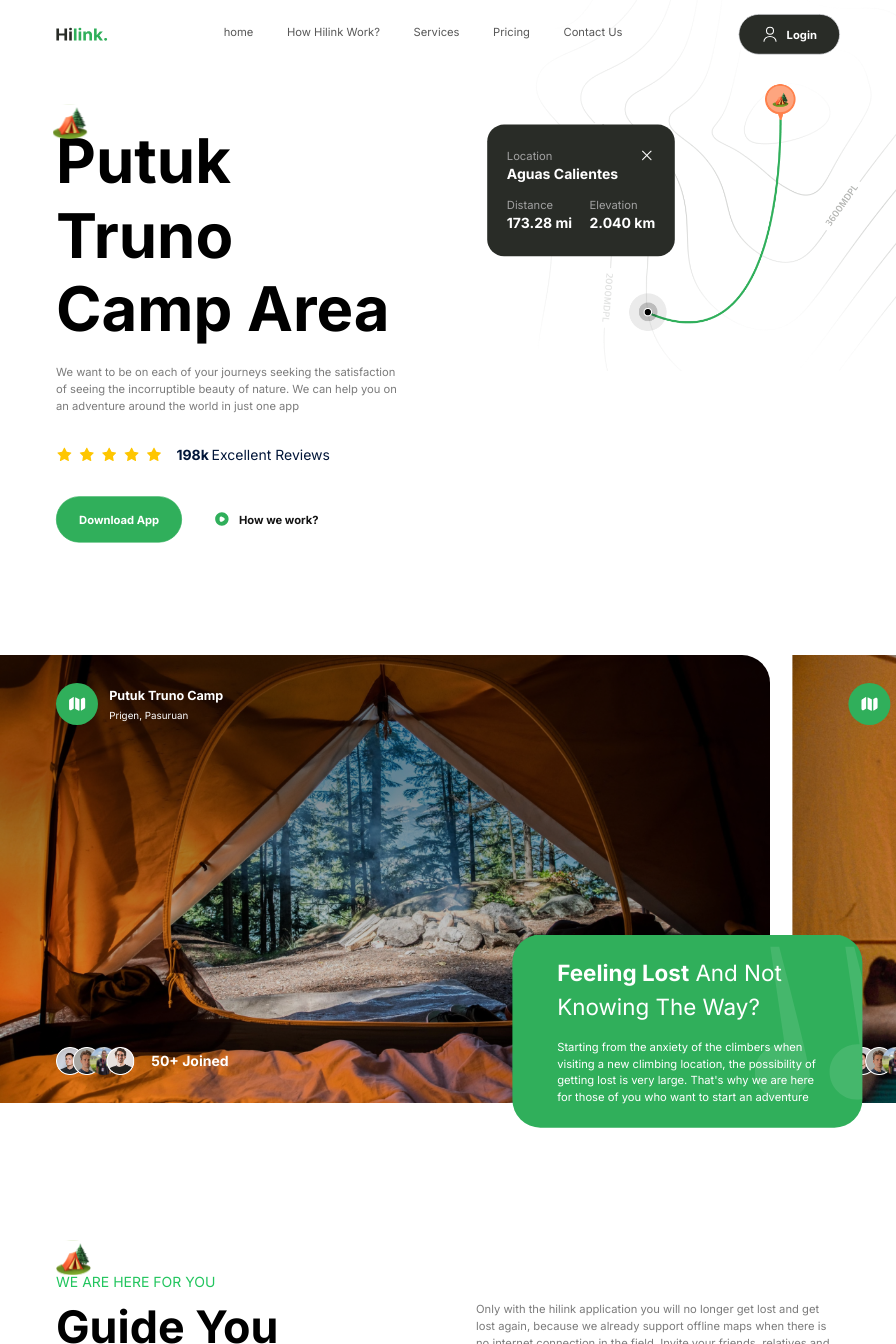
Repository: abdulrahmanmahmood/Travel-App
Page: /
An editor plug-in stored every save of this project. The page is shown before and after the next save, followed by the edit.
The browser window is 1280 px wide. The pictures show the part of the page from y = 0 to 1920 px (the page is 4955 px tall), at 70% of full size.
The project was rebuilt for these pictures with package versions that can differ from the ones it lists, and the page was loaded fresh each time. The framework's server and built-in components were replaced by stand-ins that run in the browser. Also part of the build but not shown: next.config.js.

Above is the page before, as saved 2023-11-10 11:04:48.

After the next save:
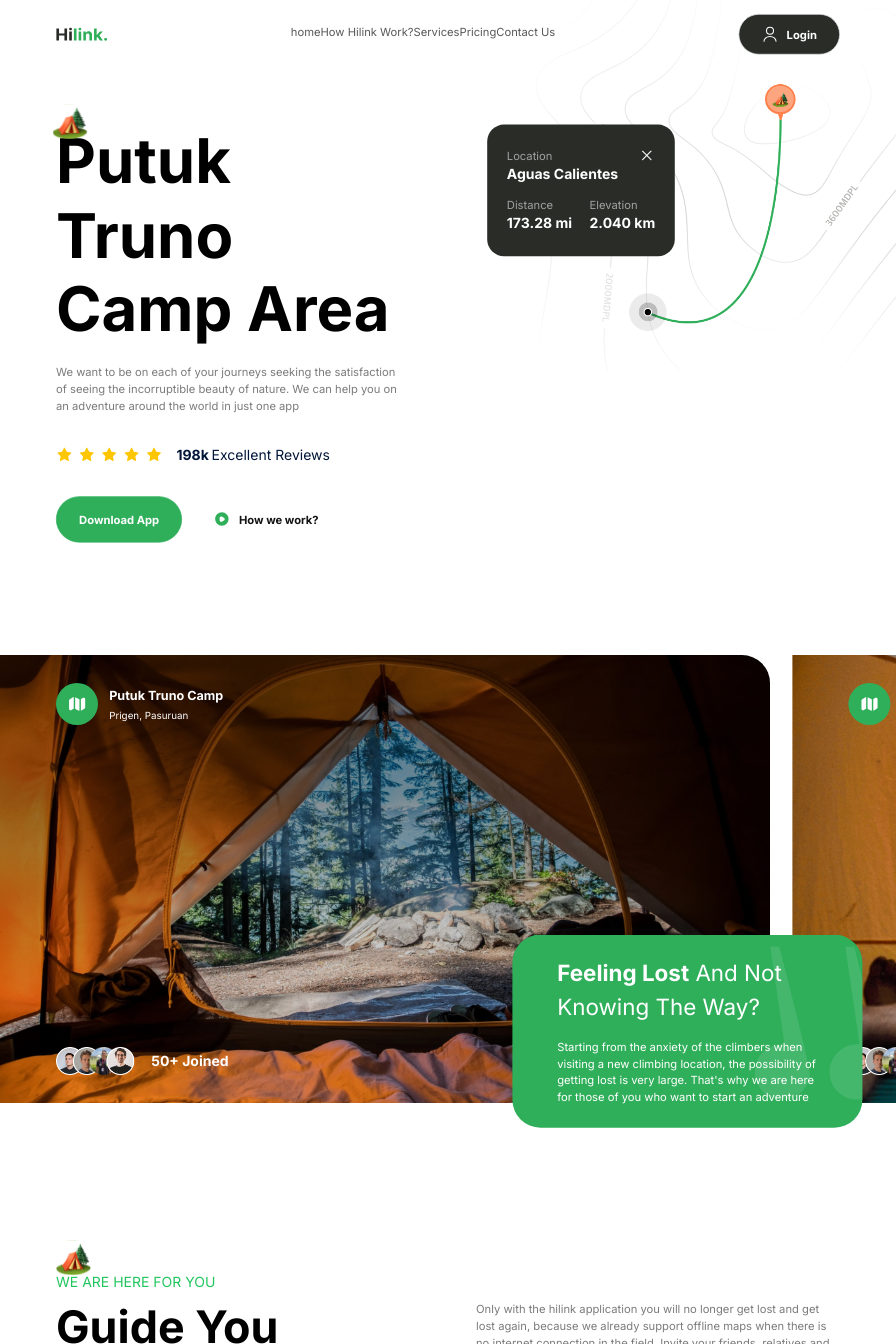
Saved 50 s later.
--- a/components/Navbar.tsx
+++ b/components/Navbar.tsx
@@ -2,16 +2,13 @@
 import Image from "next/image";
 import Link from "next/link";
 import Button from "./Button";
+import { useState } from "react";
 
-import { useState } from 'react';  // Import the useState hook
-
-// ... (your existing code)
-
-const YourComponent = () => {
-  const [isMenuVisible, setMenuVisibility] = useState(false); // State to track menu visibility
+const Navbar = () => {
+  const [isMenuOpen, setIsMenuOpen] = useState(false);
 
   const toggleMenu = () => {
-    setMenuVisibility(!isMenuVisible);
+    setIsMenuOpen(!isMenuOpen);
   };
 
   return (
@@ -19,7 +16,7 @@
       <Link href="/">
         <Image src="/hilink-logo.svg" alt="logo" width={74} height={28} />
       </Link>
-      <ul className={`h-full gap-12 lg:flex ${isMenuVisible ? 'block' : 'hidden'}`}>
+      <ul className={`lg:flex ${isMenuOpen ? 'flex flex-col absolute top-full left-0' : 'hidden'}`}>
         {NAV_LINKS.map((link) => (
           <Link
             href={link.href}
@@ -44,10 +41,10 @@
         width={32}
         height={32}
         className="inline-block cursor-pointer lg:hidden"
-        onClick={toggleMenu}  // Add an onClick event to toggle the menu visibility
+        onClick={toggleMenu}
       />
     </nav>
   );
 };
 
-export default YourComponent;
+export default Navbar;

After the 2 saves that followed:
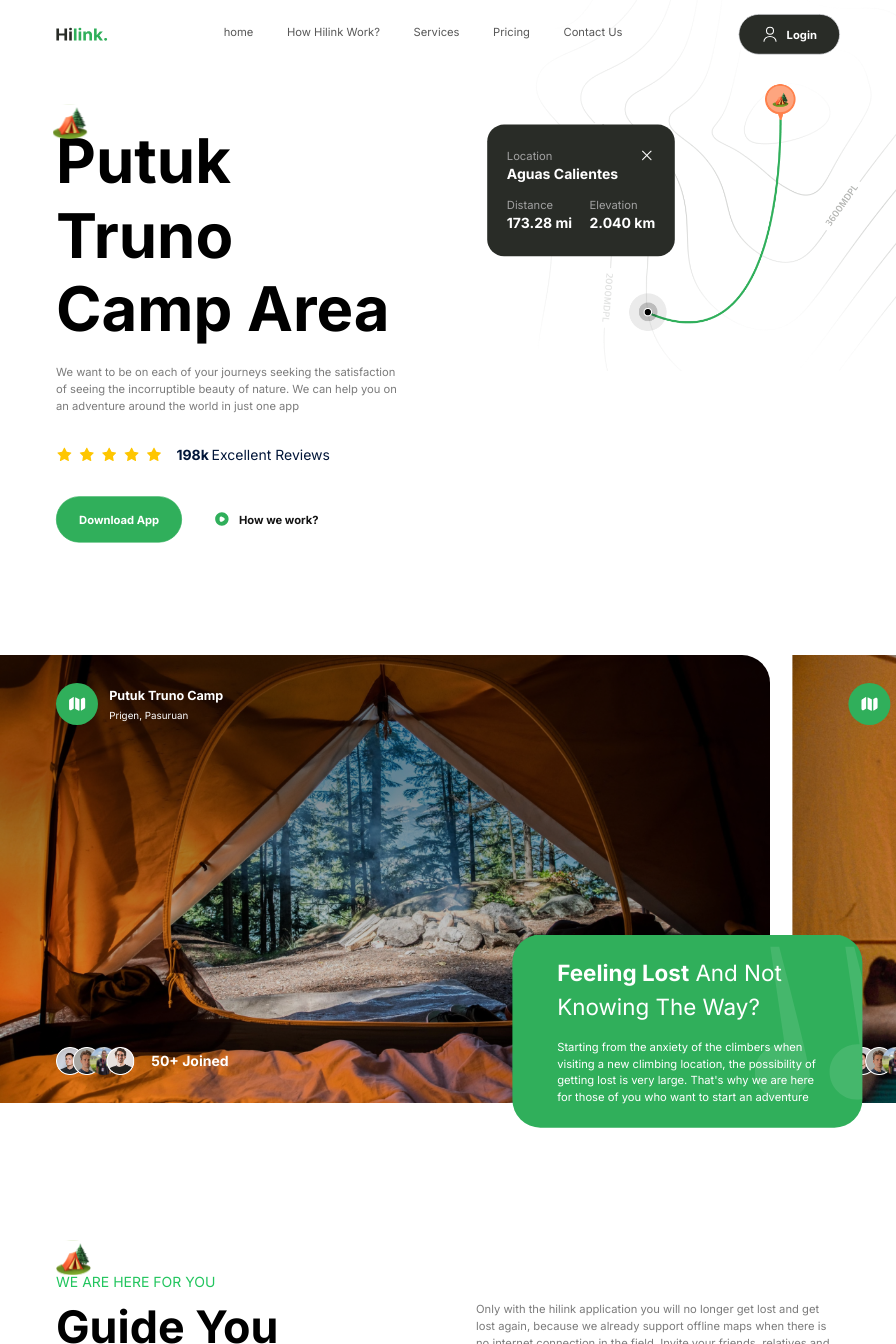
The 2 saves are shown as one change because 1 did not build or start.
The last was saved 9 s later.
--- a/components/Navbar.tsx
+++ b/components/Navbar.tsx
@@ -2,21 +2,17 @@
 import Image from "next/image";
 import Link from "next/link";
 import Button from "./Button";
-import { useState } from "react";
 
 const Navbar = () => {
-  const [isMenuOpen, setIsMenuOpen] = useState(false);
-
-  const toggleMenu = () => {
-    setIsMenuOpen(!isMenuOpen);
-  };
-
   return (
-    <nav className="flexBetween max-container padding-container relative z-30 py-5">
+    <nav
+      className=" flexBetween max-container padding-container relative z-30
+    py-5"
+    >
       <Link href="/">
         <Image src="/hilink-logo.svg" alt="logo" width={74} height={28} />
       </Link>
-      <ul className={`lg:flex ${isMenuOpen ? 'flex flex-col absolute top-full left-0' : 'hidden'}`}>
+      <ul className="hidden h-full gap-12 lg:flex">
         {NAV_LINKS.map((link) => (
           <Link
             href={link.href}
@@ -27,7 +23,7 @@
           </Link>
         ))}
       </ul>
-      <div className="lg:flexCenter hidden">
+      <div className="lg:flexCenter  hidden ">
         <Button
           type="button"
           title="Login"
@@ -41,7 +37,6 @@
         width={32}
         height={32}
         className="inline-block cursor-pointer lg:hidden"
-        onClick={toggleMenu}
       />
     </nav>
   );
